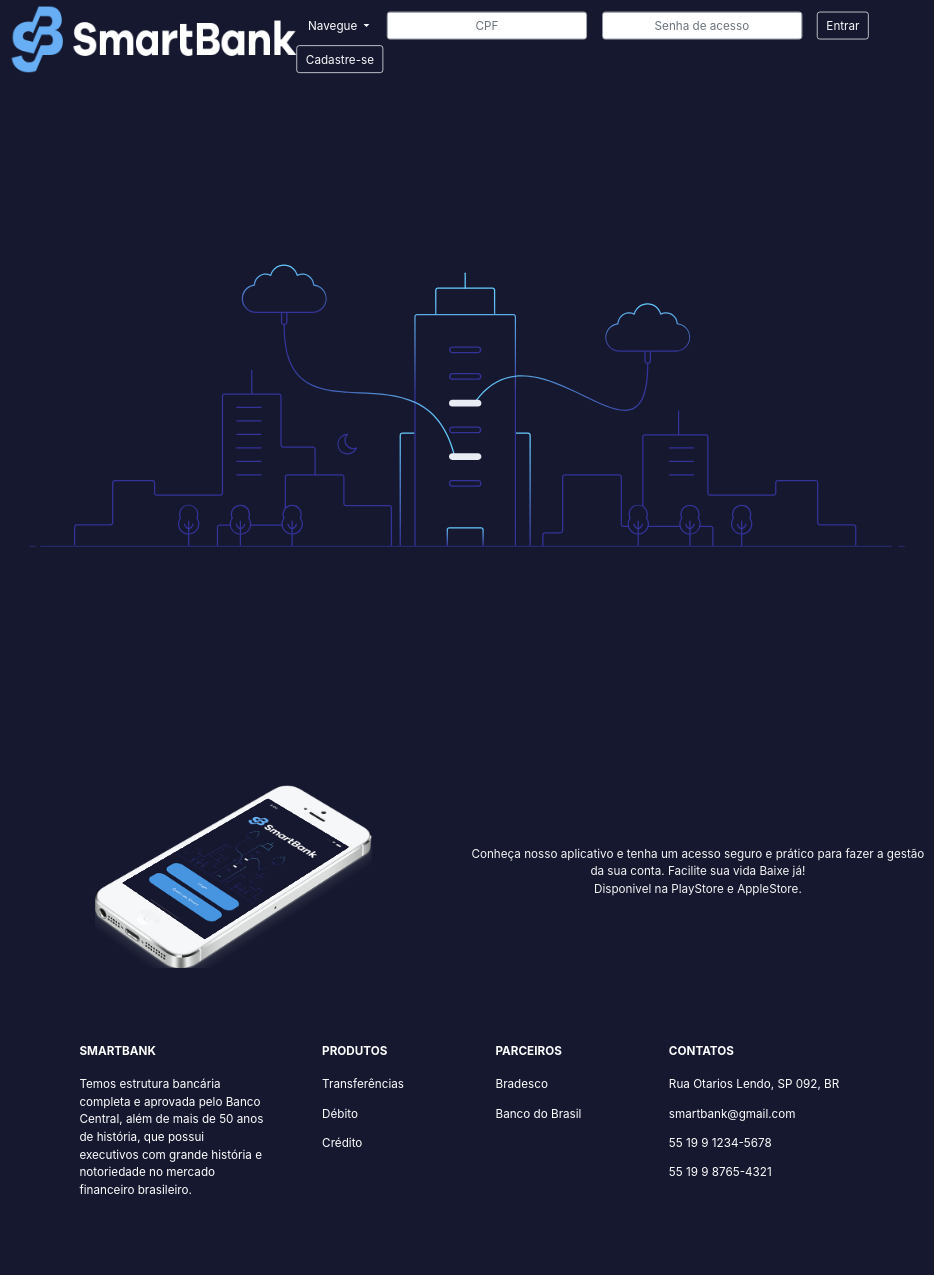
Repository: davitolentino/Mini-Projeto-SmartBank
Page: http://localhost/SmartBank/home.jsp
These files come from the project's save history. The page is drawn as it stood at one moment and after the next save; the edit follows.
The browser window is 1280 px wide. The pictures show the whole page, at 73% of full size.
The page is served by Tomcat 9.

Above is the page before, as saved 2020-03-04 13:26:24.

After the next save:
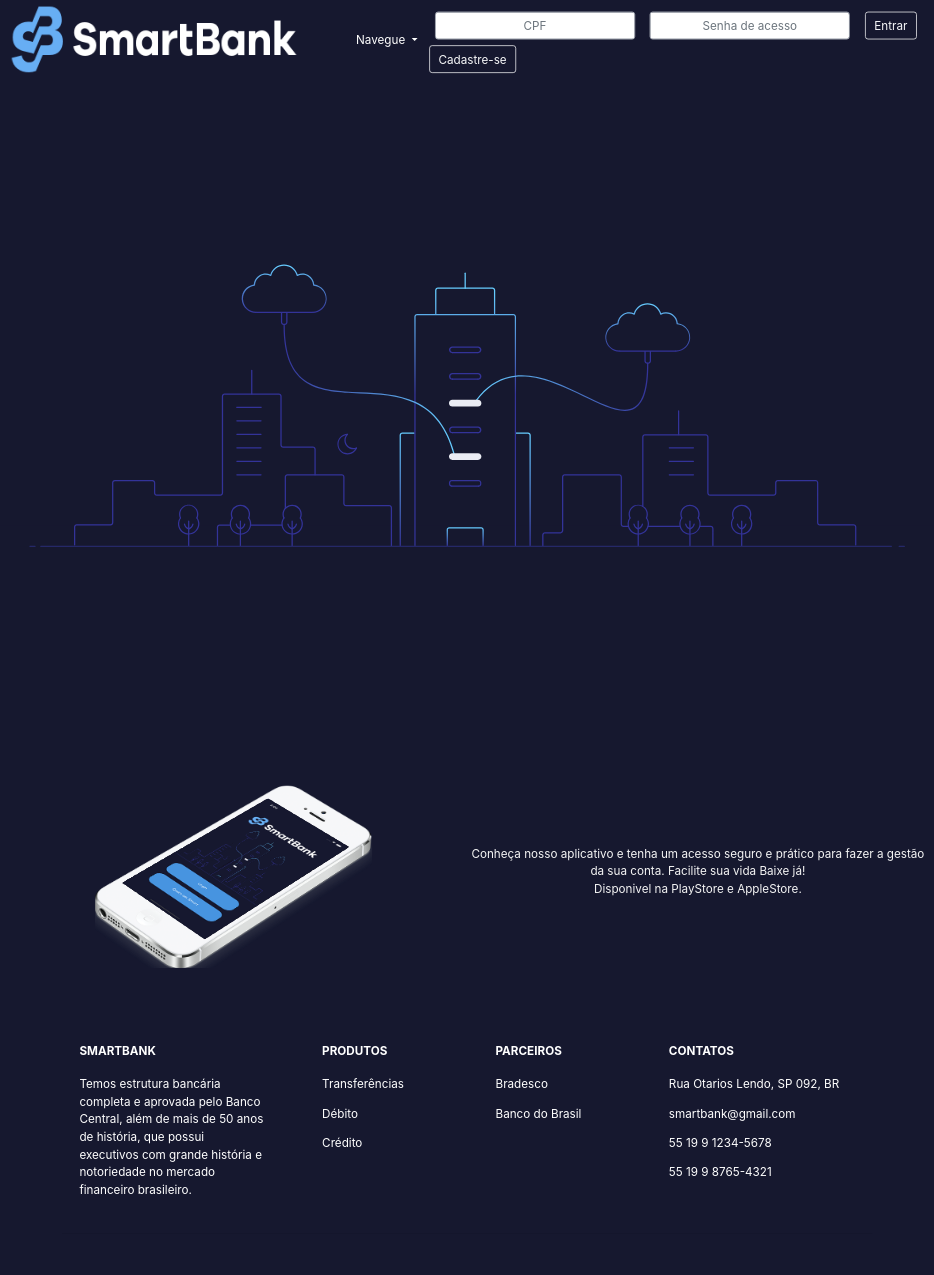
Saved 2 min 54 s later.
--- a/frontend/SmartBank/WebContent/home.jsp
+++ b/frontend/SmartBank/WebContent/home.jsp
@@ -334,6 +334,7 @@ a:link {
 						</div>
 					</div>
 
+					<div id="particionar">
 					<div>
 						<%if(whois.equals("{\"nobody\":"+nb+"}")){ %>
 							<form method="post" action="#">
@@ -354,6 +355,7 @@ a:link {
 					<%if(whois.equals("{\"nobody\":"+nb+"}")){ %>
 					<button type="button" class="btn btn-outline-light form-control" data-toggle="modal" data-target="#ModalCadastro" id="Letreiro">Cadastre-se</button>
 					<%} %>
+					</div>
 				</div>
 			</div>
 		</nav>
